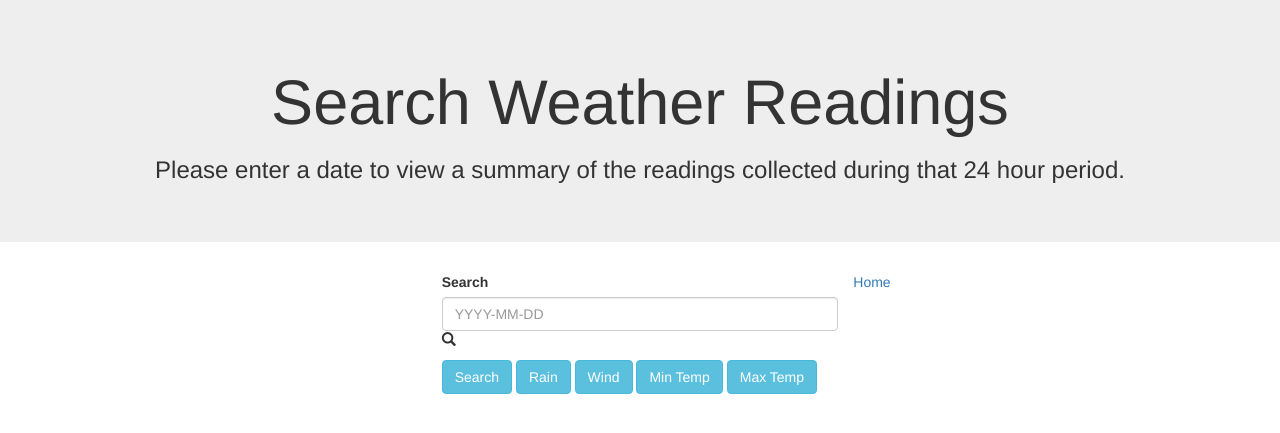
Repository: kralin27/ILC
Page: http://localhost/TESCWeather/WEB-INF/jsp/Search.jsp
An editor plug-in stored every save of this project. The page is shown before and after the next save, followed by the edit.
The browser window is 1280 px wide. The pictures show the whole page.
The page is served by Tomcat 9. Nobody is signed in. Other server files are loaded and not shown. The template is opened directly, without the code that normally fills it, so the values that code supplies are empty.

Above is the page before, as saved 2016-12-13 00:16:05.

### TESCWeather/src/main/webapp/WEB-INF/jsp/Search.jsp
<%@ taglib prefix="c" uri="http://java.sun.com/jsp/jstl/core"%>
<%@ taglib prefix="spring" uri="http://www.springframework.org/tags"%>

<html>
<head lang="en">
     <head>
          <meta charset="utf-8">
          <meta http-equiv="X-UA-Compatible" content="IE=edge">
          <meta name="viewport" content="width=device-width, initial-scale=1">
    <title>Search</title>
        <link rel="stylesheet" href="https://maxcdn.bootstrapcdn.com/bootstrap/3.3.5/css/bootstrap.min.css">

</head>
<body>

<div class="jumbotron">
                  <h1 align="center">Search Weather Readings</h2>
                  <h3 align="center">Please enter a date to view a summary of the readings collected during that 24 hour period.</h3>
</div>

		<a href=" <spring:url value="/" /> "> Home </a>

<%-- <form method="GET" action=" <spring:url value="/WeatherReadings/Date" />"> --%>
<!-- 	<input type="text" name="date" size="10"> -->
<!-- 	<!-- HTTP GET method will append ?date=<value entered> to request URL -->
<!-- 	<input type="submit" value="For Date"> -->
<!-- </form> -->

<%-- <form method="GET" action=" <spring:url value="/WeatherReadings/Measure/Rain" />"> --%>
<!-- 	<input type="submit" value="Rain"> -->
<!-- </form> -->

<%-- <form method="GET" action=" <spring:url value="/WeatherReadings/Measure/Wind" />"> --%>
<!-- 	<input type="submit" value="Wind"> -->
<!-- </form> -->

<%-- <form method="GET" action=" <spring:url value="/WeatherReadings/Measure/TempMin" />"> --%>
<!-- 	<input type="submit" value="Temp Min"> -->
<!-- </form> -->

<%-- <form method="GET" action=" <spring:url value="/WeatherReadings/Measure/TempMax" />"> --%>
<!-- 	<input type="submit" value="Temp Max"> -->
<!-- </form> -->

<div class="col-md-4 col-md-offset-4">
          <form>
          	<div class="form-group">
          		<label for="inputSearch">Search</label>
          		<input type="search" class="form-control" id=search" placeholder="YYYY-MM-DD">
          		 <span class="glyphicon glyphicon-search">
          	</div>
          	<a class="btn btn-large btn-info" href="<spring:url value="/Search" />">Search</a>
          	<a class="btn btn-large btn-info" href="<spring:url value="/WeatherReadings/Measure/Rain" />">Rain</a>
          	<a class="btn btn-large btn-info" href="<spring:url value="/WeatherReadings/Measure/Wind" />">Wind</a>
          	<a class="btn btn-large btn-info" href="<spring:url value="/WeatherReadings/Measure/TempMin" />">Min Temp</a>
          	<a class="btn btn-large btn-info" href="<spring:url value="/WeatherReadings/Measure/TempMax" />">Max Temp</a>


          </form>
</div>


</body>
</html>

After the next save:
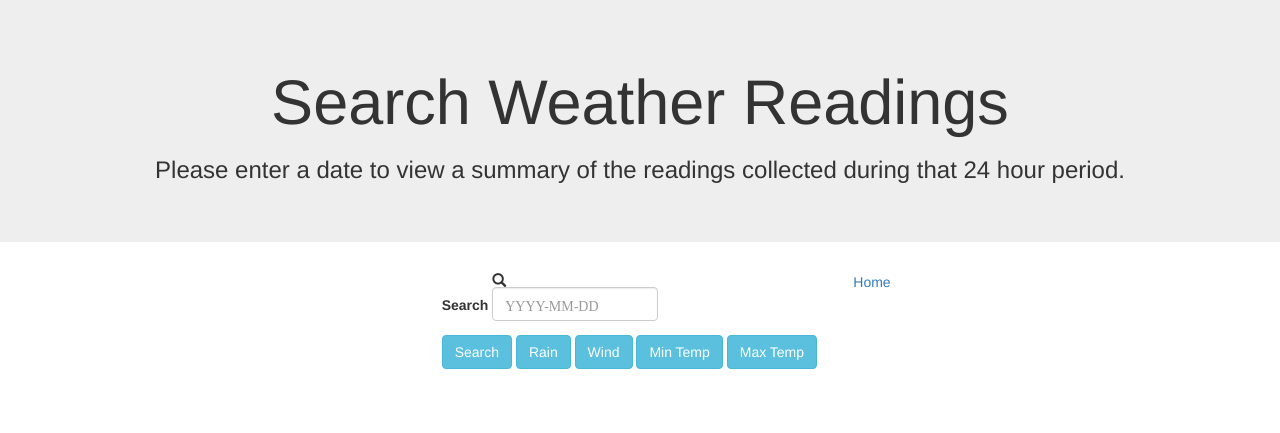
Saved 20 s later.
--- a/TESCWeather/src/main/webapp/WEB-INF/jsp/Search.jsp
+++ b/TESCWeather/src/main/webapp/WEB-INF/jsp/Search.jsp
@@ -46,8 +46,9 @@
           <form>
           	<div class="form-group">
           		<label for="inputSearch">Search</label>
+          		 <span class="glyphicon glyphicon-search">
           		<input type="search" class="form-control" id=search" placeholder="YYYY-MM-DD">
-          		 <span class="glyphicon glyphicon-search">
+
           	</div>
           	<a class="btn btn-large btn-info" href="<spring:url value="/Search" />">Search</a>
           	<a class="btn btn-large btn-info" href="<spring:url value="/WeatherReadings/Measure/Rain" />">Rain</a>
